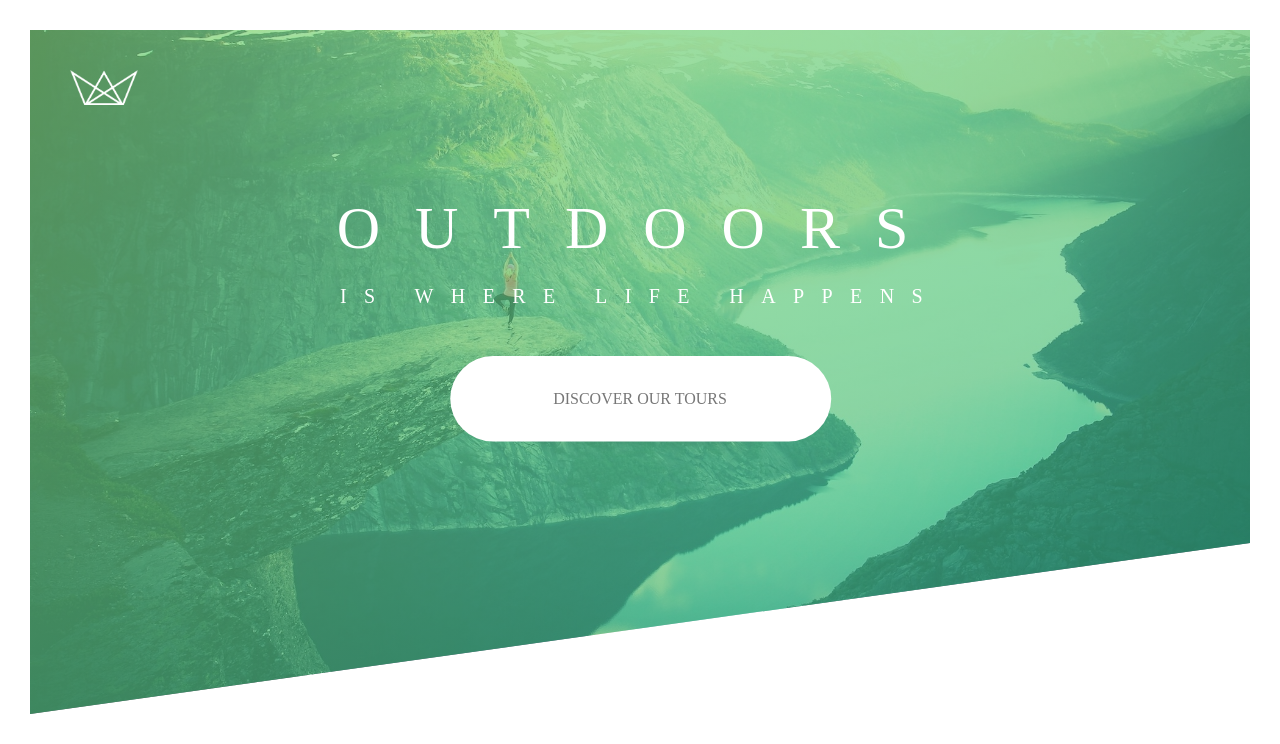
Repository: mohamediyas/cssFloat
Page: index.html
The author's editor kept a copy of each file at every save. The page is drawn from the files as they stood at one save, then again after the next save.
The browser window is 1280 px wide. The pictures show the whole page.
The pointer rests on the first visible `.btn`.

Above is the page before, as saved 2022-06-20 14:08:50.

### index.html
<!DOCTYPE html>
<html lang="en">
  <head>
    <meta charset="UTF-8" />
    <meta name="viewport" content="width=device-width, initial-scale=1.0" />

    <link
      href="https://fonts.googleapis.com/css?family=Lato:100,300,400,700,900"
      rel="stylesheet"
    />

    <link rel="stylesheet" href="css/icon-font.css" />
    <link rel="stylesheet" href="css/style.css" />
    <link rel="shortcut icon" type="image/png" href="img/favicon.png" />

    <title>Natours | Exciting tours for adventurous people</title>
  </head>
  <body>
    <!-- header -->
    <header class="header">
      <div class="logo-box">
        <img src="img/logo-white.png" alt="logo" class="logo" />
      </div>

      <div class="text-box">
        <h1 class="heading-primary">
          <span class="heading-primary-main">Outdoors</span>
          <span class="heading-primary-sub">is where life happens</span>
        </h1>

        <a href="#" class="btn btn-white">Discover our tours</a>
      </div>
    </header>
  </body>
</html>

### css/icon-font.css
@charset "UTF-8";

@font-face {
  font-family: "linea-basic-10";
  src:url("fonts/linea-basic-10.eot");
  src:url("fonts/linea-basic-10.eot?#iefix") format("embedded-opentype"),
    url("fonts/linea-basic-10.woff") format("woff"),
    url("fonts/linea-basic-10.ttf") format("truetype"),
    url("fonts/linea-basic-10.svg#linea-basic-10") format("svg");
  font-weight: normal;
  font-style: normal;

}

[data-icon]:before {
  font-family: "linea-basic-10" !important;
  content: attr(data-icon);
  font-style: normal !important;
  font-weight: normal !important;
  font-variant: normal !important;
  text-transform: none !important;
  speak: none;
  line-height: 1;
  -webkit-font-smoothing: antialiased;
  -moz-osx-font-smoothing: grayscale;
}

[class^="icon-"]:before,
[class*=" icon-"]:before {
  font-family: "linea-basic-10" !important;
  font-style: normal !important;
  font-weight: normal !important;
  font-variant: normal !important;
  text-transform: none !important;
  speak: none;
  line-height: 1;
  -webkit-font-smoothing: antialiased;
  -moz-osx-font-smoothing: grayscale;
}

.icon-basic-accelerator:before {
  content: "a";
}
.icon-basic-alarm:before {
  content: "b";
}
.icon-basic-anchor:before {
  content: "c";
}
.icon-basic-anticlockwise:before {
  content: "d";
}
.icon-basic-archive:before {
  content: "e";
}
.icon-basic-archive-full:before {
  content: "f";
}
.icon-basic-ban:before {
  content: "g";
}
.icon-basic-battery-charge:before {
  content: "h";
}
.icon-basic-battery-empty:before {
  content: "i";
}
.icon-basic-battery-full:before {
  content: "j";
}
.icon-basic-battery-half:before {
  content: "k";
}
.icon-basic-bolt:before {
  content: "l";
}
.icon-basic-book:before {
  content: "m";
}
.icon-basic-book-pen:before {
  content: "n";
}
.icon-basic-book-pencil:before {
  content: "o";
}
.icon-basic-bookmark:before {
  content: "p";
}
.icon-basic-calculator:before {
  content: "q";
}
.icon-basic-calendar:before {
  content: "r";
}
.icon-basic-cards-diamonds:before {
  content: "s";
}
.icon-basic-cards-hearts:before {
  content: "t";
}
.icon-basic-case:before {
  content: "u";
}
.icon-basic-chronometer:before {
  content: "v";
}
.icon-basic-clessidre:before {
  content: "w";
}
.icon-basic-clock:before {
  content: "x";
}
.icon-basic-clockwise:before {
  content: "y";
}
.icon-basic-cloud:before {
  content: "z";
}
.icon-basic-clubs:before {
  content: "A";
}
.icon-basic-compass:before {
  content: "B";
}
.icon-basic-cup:before {
  content: "C";
}
.icon-basic-diamonds:before {
  content: "D";
}
.icon-basic-display:before {
  content: "E";
}
.icon-basic-download:before {
  content: "F";
}
.icon-basic-exclamation:before {
  content: "G";
}
.icon-basic-eye:before {
  content: "H";
}
.icon-basic-eye-closed:before {
  content: "I";
}
.icon-basic-female:before {
  content: "J";
}
.icon-basic-flag1:before {
  content: "K";
}
.icon-basic-flag2:before {
  content: "L";
}
.icon-basic-floppydisk:before {
  content: "M";
}
.icon-basic-folder:before {
  content: "N";
}
.icon-basic-folder-multiple:before {
  content: "O";
}
.icon-basic-gear:before {
  content: "P";
}
.icon-basic-geolocalize-01:before {
  content: "Q";
}
.icon-basic-geolocalize-05:before {
  content: "R";
}
.icon-basic-globe:before {
  content: "S";
}
.icon-basic-gunsight:before {
  content: "T";
}
.icon-basic-hammer:before {
  content: "U";
}
.icon-basic-headset:before {
  content: "V";
}
.icon-basic-heart:before {
  content: "W";
}
.icon-basic-heart-broken:before {
  content: "X";
}
.icon-basic-helm:before {
  content: "Y";
}
.icon-basic-home:before {
  content: "Z";
}
.icon-basic-info:before {
  content: "0";
}
.icon-basic-ipod:before {
  content: "1";
}
.icon-basic-joypad:before {
  content: "2";
}
.icon-basic-key:before {
  content: "3";
}
.icon-basic-keyboard:before {
  content: "4";
}
.icon-basic-laptop:before {
  content: "5";
}
.icon-basic-life-buoy:before {
  content: "6";
}
.icon-basic-lightbulb:before {
  content: "7";
}
.icon-basic-link:before {
  content: "8";
}
.icon-basic-lock:before {
  content: "9";
}
.icon-basic-lock-open:before {
  content: "!";
}
.icon-basic-magic-mouse:before {
  content: "\"";
}
.icon-basic-magnifier:before {
  content: "#";
}
.icon-basic-magnifier-minus:before {
  content: "$";
}
.icon-basic-magnifier-plus:before {
  content: "%";
}
.icon-basic-mail:before {
  content: "&";
}
.icon-basic-mail-multiple:before {
  content: "'";
}
.icon-basic-mail-open:before {
  content: "(";
}
.icon-basic-mail-open-text:before {
  content: ")";
}
.icon-basic-male:before {
  content: "*";
}
.icon-basic-map:before {
  content: "+";
}
.icon-basic-message:before {
  content: ",";
}
.icon-basic-message-multiple:before {
  content: "-";
}
.icon-basic-message-txt:before {
  content: ".";
}
.icon-basic-mixer2:before {
  content: "/";
}
.icon-basic-mouse:before {
  content: ":";
}
.icon-basic-notebook:before {
  content: ";";
}
.icon-basic-notebook-pen:before {
  content: "<";
}
.icon-basic-notebook-pencil:before {
  content: "=";
}
.icon-basic-paperplane:before {
  content: ">";
}
.icon-basic-pencil-ruler:before {
  content: "?";
}
.icon-basic-pencil-ruler-pen:before {
  content: "@";
}
.icon-basic-photo:before {
  content: "[";
}
.icon-basic-picture:before {
  content: "]";
}
.icon-basic-picture-multiple:before {
  content: "^";
}
.icon-basic-pin1:before {
  content: "_";
}
.icon-basic-pin2:before {
  content: "`";
}
.icon-basic-postcard:before {
  content: "{";
}
.icon-basic-postcard-multiple:before {
  content: "|";
}
.icon-basic-printer:before {
  content: "}";
}
.icon-basic-question:before {
  content: "~";
}
.icon-basic-rss:before {
  content: "\\";
}
.icon-basic-server:before {
  content: "\e000";
}
.icon-basic-server2:before {
  content: "\e001";
}
.icon-basic-server-cloud:before {
  content: "\e002";
}
.icon-basic-server-download:before {
  content: "\e003";
}
.icon-basic-server-upload:before {
  content: "\e004";
}
.icon-basic-settings:before {
  content: "\e005";
}
.icon-basic-share:before {
  content: "\e006";
}
.icon-basic-sheet:before {
  content: "\e007";
}
.icon-basic-sheet-multiple:before {
  content: "\e008";
}
.icon-basic-sheet-pen:before {
  content: "\e009";
}
.icon-basic-sheet-pencil:before {
  content: "\e00a";
}
.icon-basic-sheet-txt:before {
  content: "\e00b";
}
.icon-basic-signs:before {
  content: "\e00c";
}
.icon-basic-smartphone:before {
  content: "\e00d";
}
.icon-basic-spades:before {
  content: "\e00e";
}
.icon-basic-spread:before {
  content: "\e00f";
}
.icon-basic-spread-bookmark:before {
  content: "\e010";
}
.icon-basic-spread-text:before {
  content: "\e011";
}
.icon-basic-spread-text-bookmark:before {
  content: "\e012";
}
.icon-basic-star:before {
  content: "\e013";
}
.icon-basic-tablet:before {
  content: "\e014";
}
.icon-basic-target:before {
  content: "\e015";
}
.icon-basic-todo:before {
  content: "\e016";
}
.icon-basic-todo-pen:before {
  content: "\e017";
}
.icon-basic-todo-pencil:before {
  content: "\e018";
}
.icon-basic-todo-txt:before {
  content: "\e019";
}
.icon-basic-todolist-pen:before {
  content: "\e01a";
}
.icon-basic-todolist-pencil:before {
  content: "\e01b";
}
.icon-basic-trashcan:before {
  content: "\e01c";
}
.icon-basic-trashcan-full:before {
  content: "\e01d";
}
.icon-basic-trashcan-refresh:before {
  content: "\e01e";
}
.icon-basic-trashcan-remove:before {
  content: "\e01f";
}
.icon-basic-upload:before {
  content: "\e020";
}
.icon-basic-usb:before {
  content: "\e021";
}
.icon-basic-video:before {
  content: "\e022";
}
.icon-basic-watch:before {
  content: "\e023";
}
.icon-basic-webpage:before {
  content: "\e024";
}
.icon-basic-webpage-img-txt:before {
  content: "\e025";
}
.icon-basic-webpage-multiple:before {
  content: "\e026";
}
.icon-basic-webpage-txt:before {
  content: "\e027";
}
.icon-basic-world:before {
  content: "\e028";
}

### css/style.css
/*
COLORS:

Light green: #7ed56f
Medium green: #55c57a
Dark green: #28b485

*/

/* universal selector */

* {
  margin: 0;
  padding: 0;
  box-sizing: border-box;
}

body {
  font-family: "Lato" sans-serif;
  font-weight: 400;
  font-size: 16px;
  line-height: 1.7;
  color: #777;
  padding: 30px;
}

/* header */

.header {
  height: 95vh;
  background-image: linear-gradient(to right bottom, #7ed56fa8, #28b485a2),
    url("../img/hero.jpg");
  background-size: cover;
  background-position: top;
  clip-path: polygon(0 0, 100% 0, 100% 75%, 0 100%);
  position: relative;
}

.logo-box {
  position: absolute;
  top: 40px;
  left: 40px;
}

.logo {
  height: 35px;
}

.text-box {
  position: absolute;
  top: 40%;
  left: 50%;
  transform: translate(-50%, -50%);
  text-align: center;
}

.heading-primary {
  color: #fff;
  text-transform: uppercase;
  backface-visibility: hidden;
  margin-bottom: 60px;
}

.heading-primary-main {
  display: block;
  font-size: 60px;
  font-weight: 400;
  letter-spacing: 35px;
  animation-name: moveInLeft;
  animation-duration: 2s;

  /*
  animation-delay:3s,
  animation-iteration-count:3

  animation-timing-funtion:ease-out

  */
}

.heading-primary-sub {
  display: block;
  font-size: 20px;
  font-weight: 400;
  letter-spacing: 17.4px;
  animation: moveInRight 2s ease-out;
}

@keyframes moveInLeft {
  0% {
    opacity: 0;
    transform: translateX(-100px);
  }

  80% {
    transform: rotateX(10px);
  }

  100% {
    opacity: 1;
    transform: rotateX(0);
  }
}

@keyframes moveInRight {
  0% {
    opacity: 0;
    transform: translateX(100px);
  }

  80% {
    transform: rotateX(-10px);
  }

  100% {
    opacity: 1;
    transform: rotateX(0);
  }
}

.btn:link,
.btn:visited {
  text-transform: uppercase;
  text-decoration: none;
  padding: 15px 40px;
  display: inline-block;
  border-radius: 100px;
  transition: all 0.2s;
  position: relative;
}

.btn:hover {
  transform: translateY(-3px);
  box-shadow: 0 10px 20px rgba(0, 0, 0, 0.2);
}

.btn:active {
  transform: translateY(-1px);
  box-shadow: 0 5px 10px rgba(0, 0, 0, 0.2);
}

.btn-white {
  background-color: #fff;
  color: #777;
}

.btn::after {
  content: "";
  display: inline-block;
  height: 100%;
  width: 100%;
  border-radius: 100px;
  position: absolute;
  top: 0;
  left: 0;
  z-index: -1;
  transition: all 0.4s;
}

.btn-white::after {
  background-color: #fff;
}

.btn:hover::after {
  transform: scale(1.5);
}

After the next save:
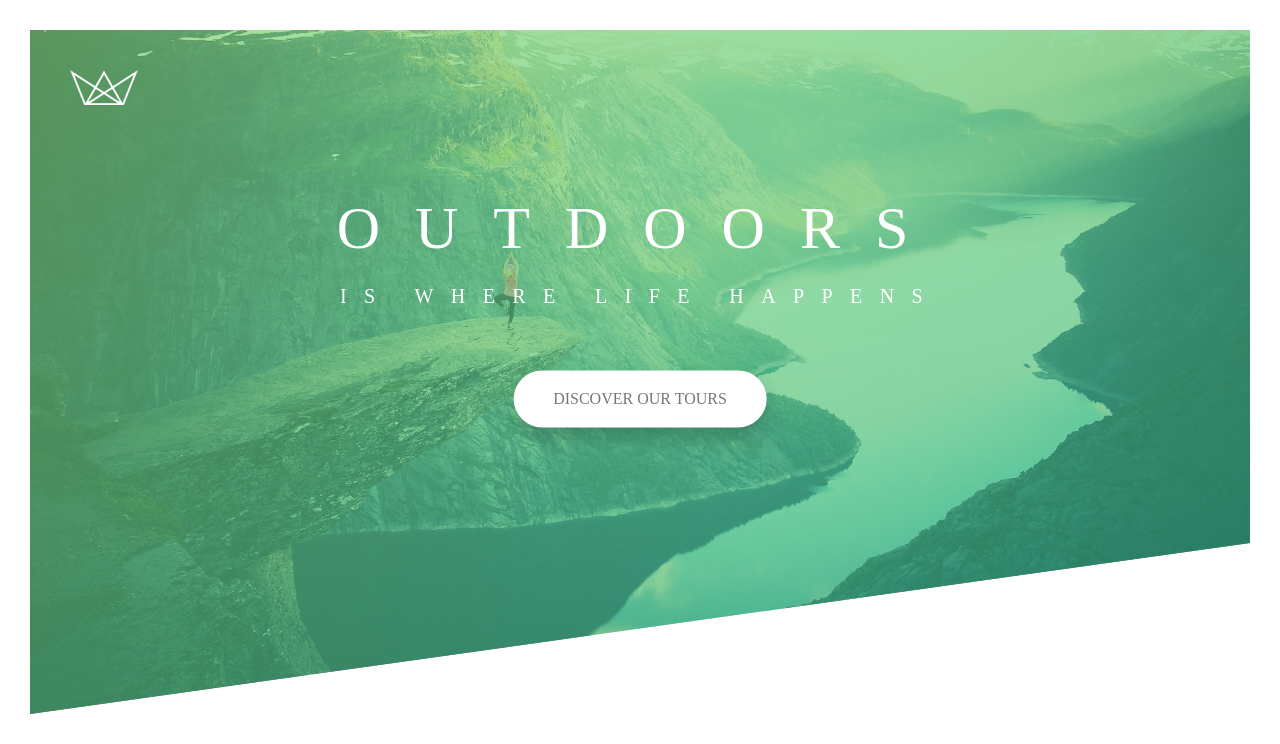
Saved 11 s later.
--- a/css/style.css
+++ b/css/style.css
@@ -163,4 +163,5 @@ body {
 
 .btn:hover::after {
   transform: scale(1.5);
+  opacity: 0;
 }
